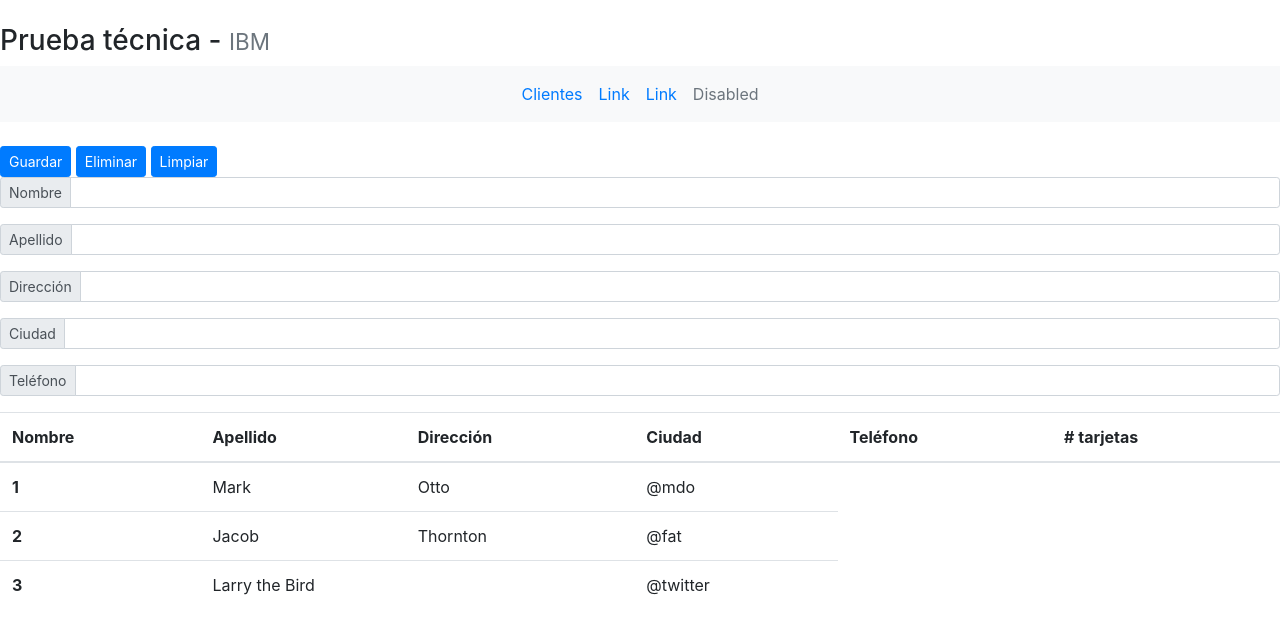
Repository: analozano16/ibm
Page: prueba_banco_war/src/main/webapp/index.html
An editor plug-in stored every save of this project. The page is shown before and after the next save, followed by the edit.
The browser window is 1280 px wide. The pictures show the whole page.
Some web libraries are served in a nearby version.

Above is the page before, as saved 2020-02-02 19:55:32.

After the next save:
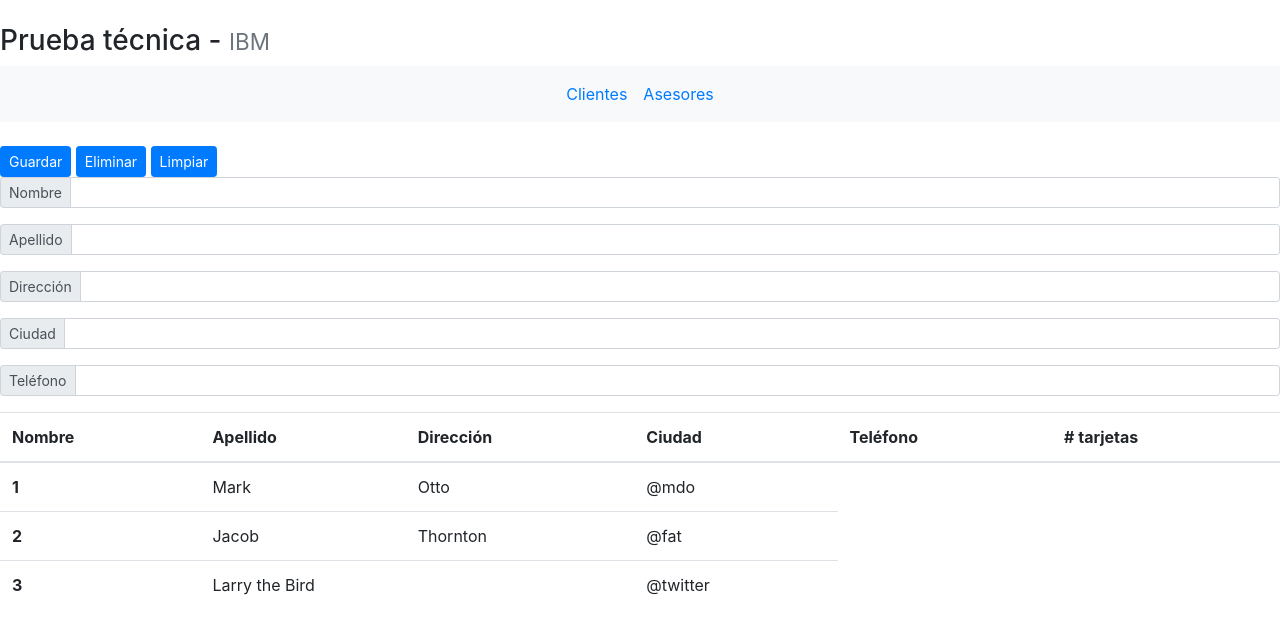
Saved 15 s later.
--- a/prueba_banco_war/src/main/webapp/index.html
+++ b/prueba_banco_war/src/main/webapp/index.html
@@ -23,13 +23,7 @@
       <a class="nav-link" href="#">Clientes</a>
     </li>
     <li class="nav-item">
-      <a class="nav-link" href="#">Link</a>
-    </li>
-    <li class="nav-item">
-      <a class="nav-link" href="#">Link</a>
-    </li>
-    <li class="nav-item">
-      <a class="nav-link disabled" href="#">Disabled</a>
+      <a class="nav-link" href="#">Asesores</a>
     </li>
   </ul>
 </nav>
